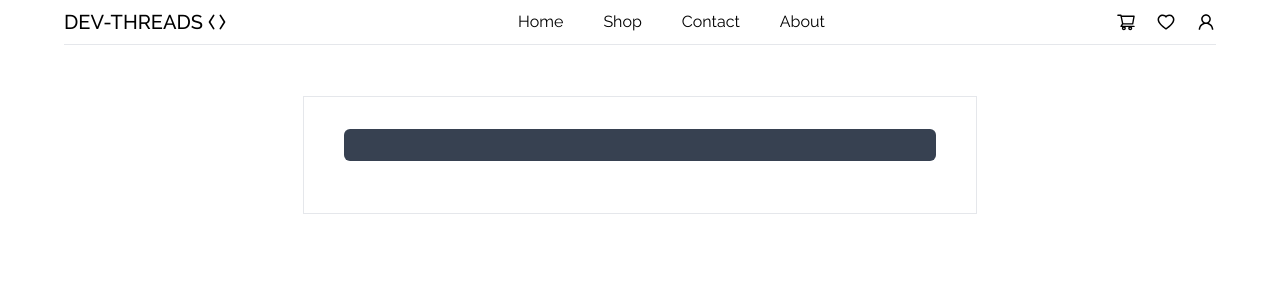
Repository: DevAntonioRogers/next14-devthreads-ecommerce
Page: /sign-up
These files come from the project's save history. The page is drawn as it stood at one moment and after the next save; the edit follows.
The browser window is 1280 px wide. The pictures show the whole page.
The page's requests for data from a server got no answer. The project was rebuilt for these pictures with package versions that can differ from the ones it lists, and the page was loaded fresh each time. The framework's server and built-in components were replaced by stand-ins that run in the browser. No one was signed in, and anything a server would have sent is missing. Also part of the build but not shown: next.config.js.

Above is the page before, as saved 2024-01-16 10:05:54.

After the next save:
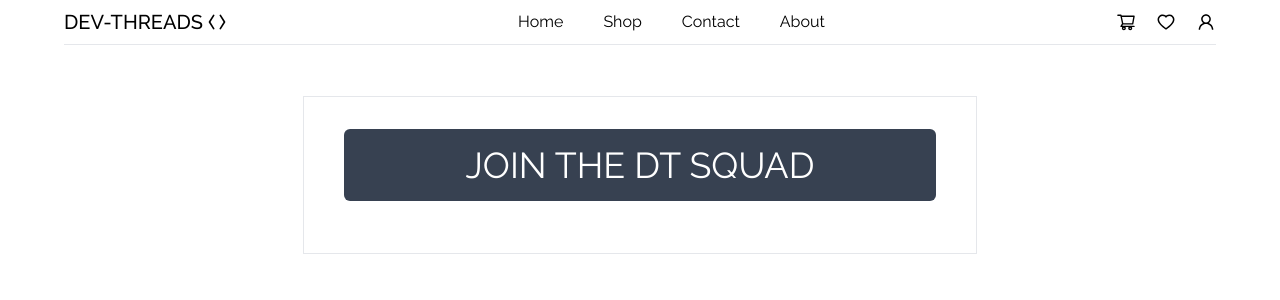
Saved 20 s later.
--- a/app/(auth)/components/SignUpForm.tsx
+++ b/app/(auth)/components/SignUpForm.tsx
@@ -4,7 +4,9 @@
   return (
     <div className="mt-8 sm:mx-auto sm:w-full sm:max-w-2xl md:outline outline-1 outline-gray-200">
       <div className="px-4 py-8 sm:rounded-lg sm:px-10">
-        <div className="md:text-4xl sm:text-2xl mb-5 uppercase w-full text-center flex items-center text-white gap-1 justify-center bg-gray-700 py-4 rounded-md"></div>
+        <div className="md:text-4xl sm:text-2xl mb-5 uppercase w-full text-center flex items-center text-white gap-1 justify-center bg-gray-700 py-4 rounded-md">
+          <h1>Join the DT Squad</h1>
+        </div>
       </div>
     </div>
   );
